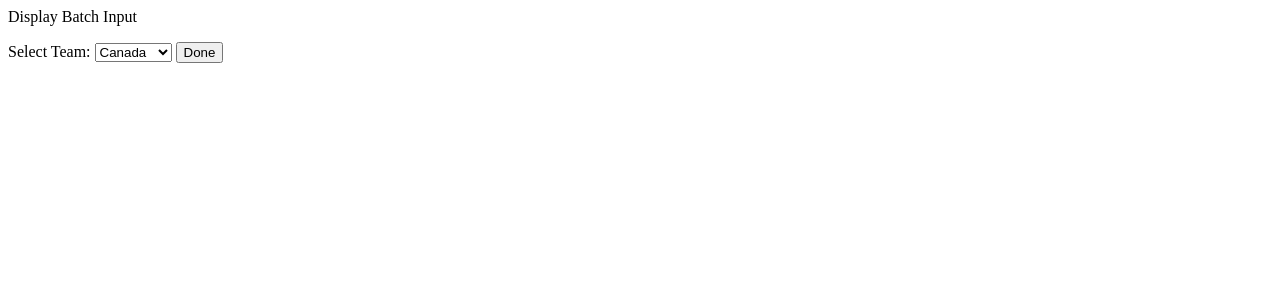
Repository: FredGlozman/SwiftScore
Page: SwiftScore/Batch.html
The author's editor kept a copy of each file at every save. The page is drawn from the files as they stood at one save, then again after the next save.
The browser window is 1280 px wide. The pictures show the whole page.

Above is the page before, as saved 2015-12-03 03:31:10.

### SwiftScore/Batch.html
<html>
<head>
<title>Batch Input Mode</title>
</head>
<body>
<p>
Display Batch Input
</p>
Select Team:
<select>
	<option name="team1" value="Canada">Canada</option>
	<option name="team1" value="Germany">Germany</option>
	<option name="team1" value="Italy">Italy</option>

</select>
<input type= "submit" value= "Done">
</body>
</html>

After the next save:
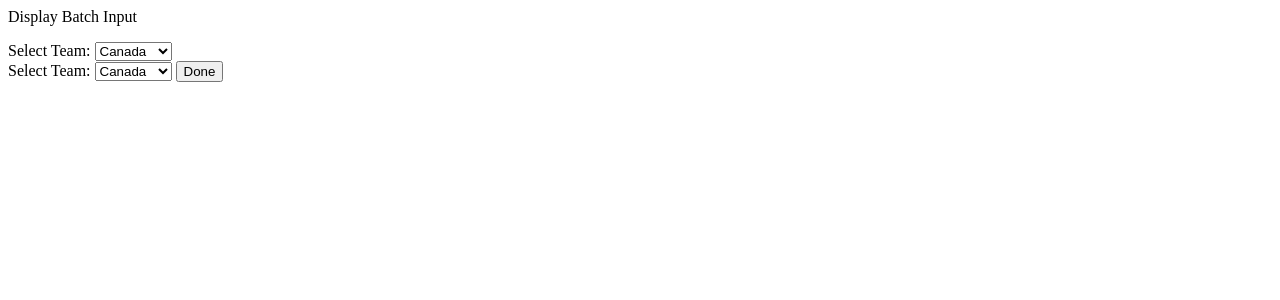
Saved 27 s later.
--- a/SwiftScore/Batch.html
+++ b/SwiftScore/Batch.html
@@ -13,6 +13,14 @@ Select Team:
 	<option name="team1" value="Italy">Italy</option>
 
 </select>
+<br>
+Select Team:
+<select>
+	<option name="team1" value="Canada">Canada</option>
+	<option name="team1" value="Germany">Germany</option>
+	<option name="team1" value="Italy">Italy</option>
+
+</select>
 <input type= "submit" value= "Done">
 </body>
 </html>
